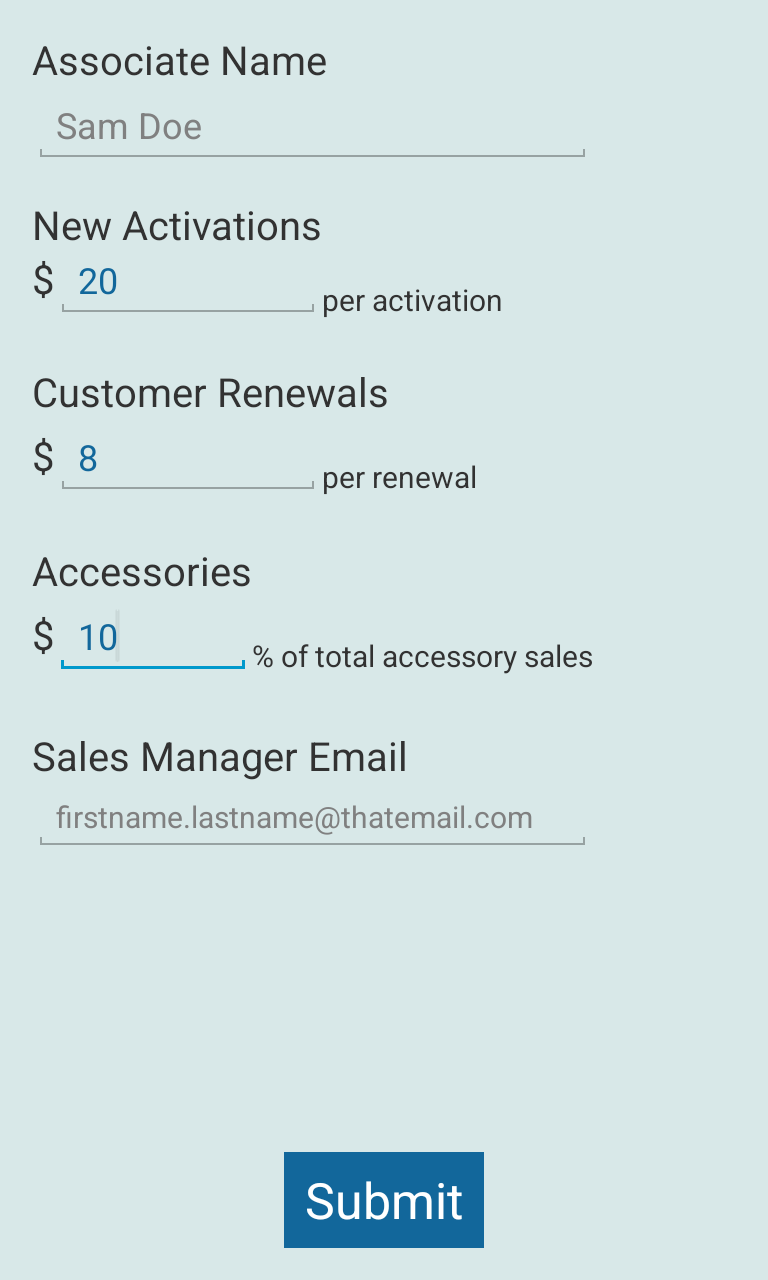
Repository: jemcphe/XCell
Layout: XCell/res/layout/frag_settings.xml
An editor plug-in stored every save of this project. The layout is shown before and after the next save, followed by the edit.
It is drawn on a 768 x 1280 px phone screen (xhdpi) without system bars, with theme Theme.Xcell; the app's code is not run. The app's manifest (not shown) leaves right-to-left support off. So textAlignment, textDirection and layoutDirection are ignored, and left and right values win over start and end ones.

Above is the layout before, as saved 2013-08-29 07:13:40.

After the next save:
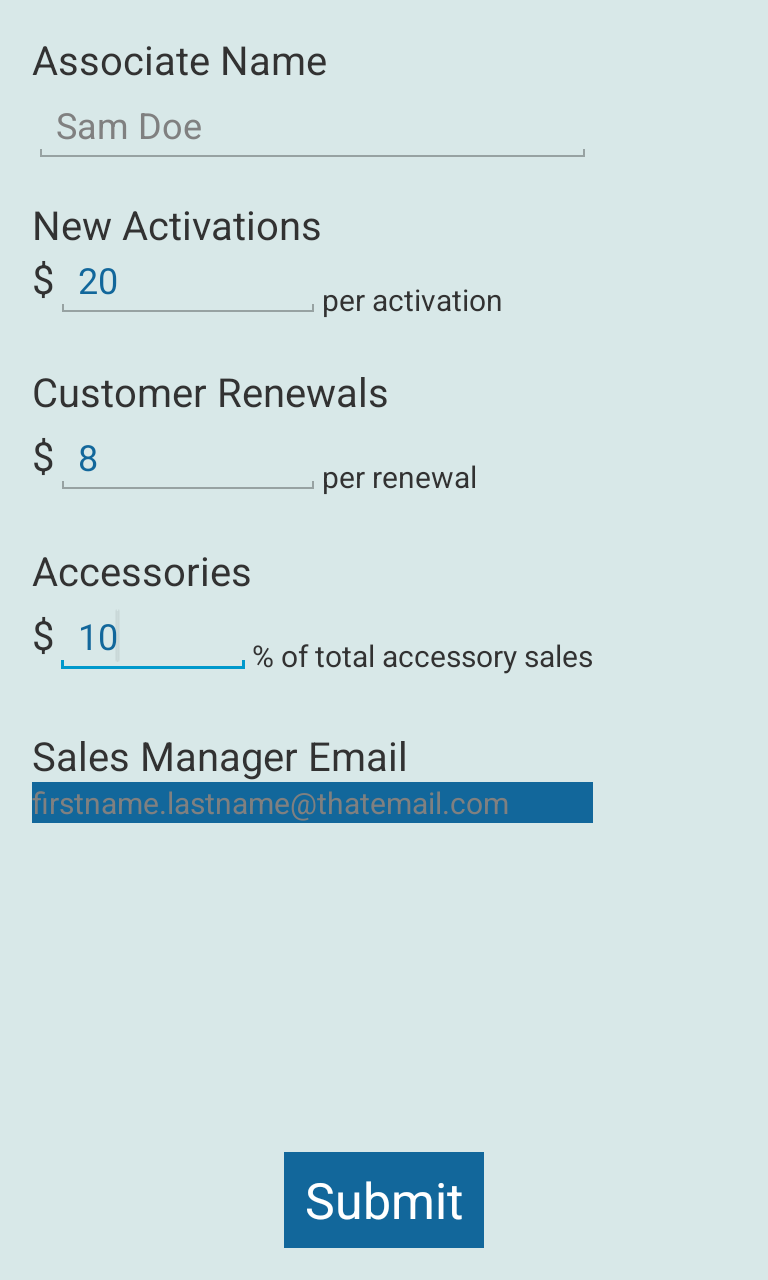
Saved 16 s later.
--- a/XCell/res/layout/frag_settings.xml
+++ b/XCell/res/layout/frag_settings.xml
@@ -187,6 +187,7 @@
         android:layout_below="@+id/salesManagerEmail"
         android:textSize="15sp"
         android:textAlignment="center"
+        android:background="@color/xcell_blue"
         android:hint="firstname.lastname@thatemail.com"
         android:inputType="textEmailAddress" />
 

After the save that followed:
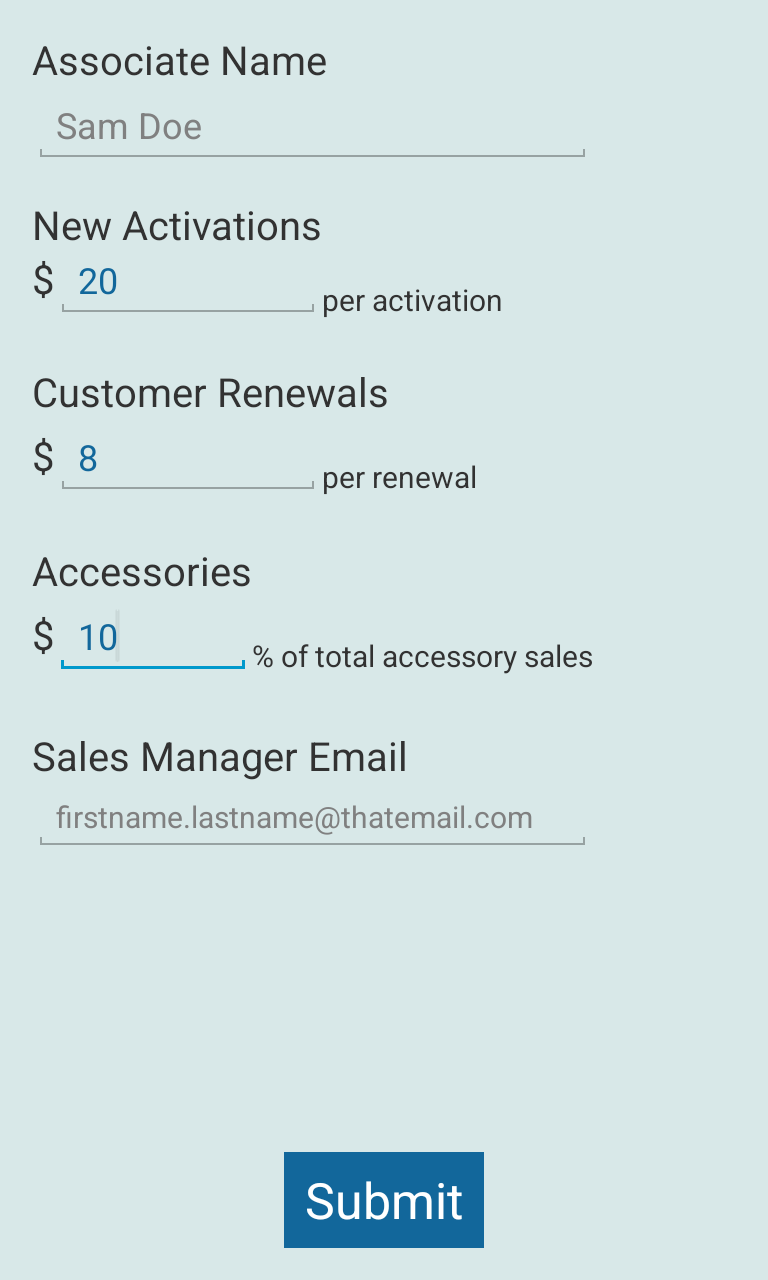
Saved 36 s later.
--- a/XCell/res/layout/frag_settings.xml
+++ b/XCell/res/layout/frag_settings.xml
@@ -187,7 +187,7 @@
         android:layout_below="@+id/salesManagerEmail"
         android:textSize="15sp"
         android:textAlignment="center"
-        android:background="@color/xcell_blue"
+        android:textColor="@color/xcell_blue"
         android:hint="firstname.lastname@thatemail.com"
         android:inputType="textEmailAddress" />
 
